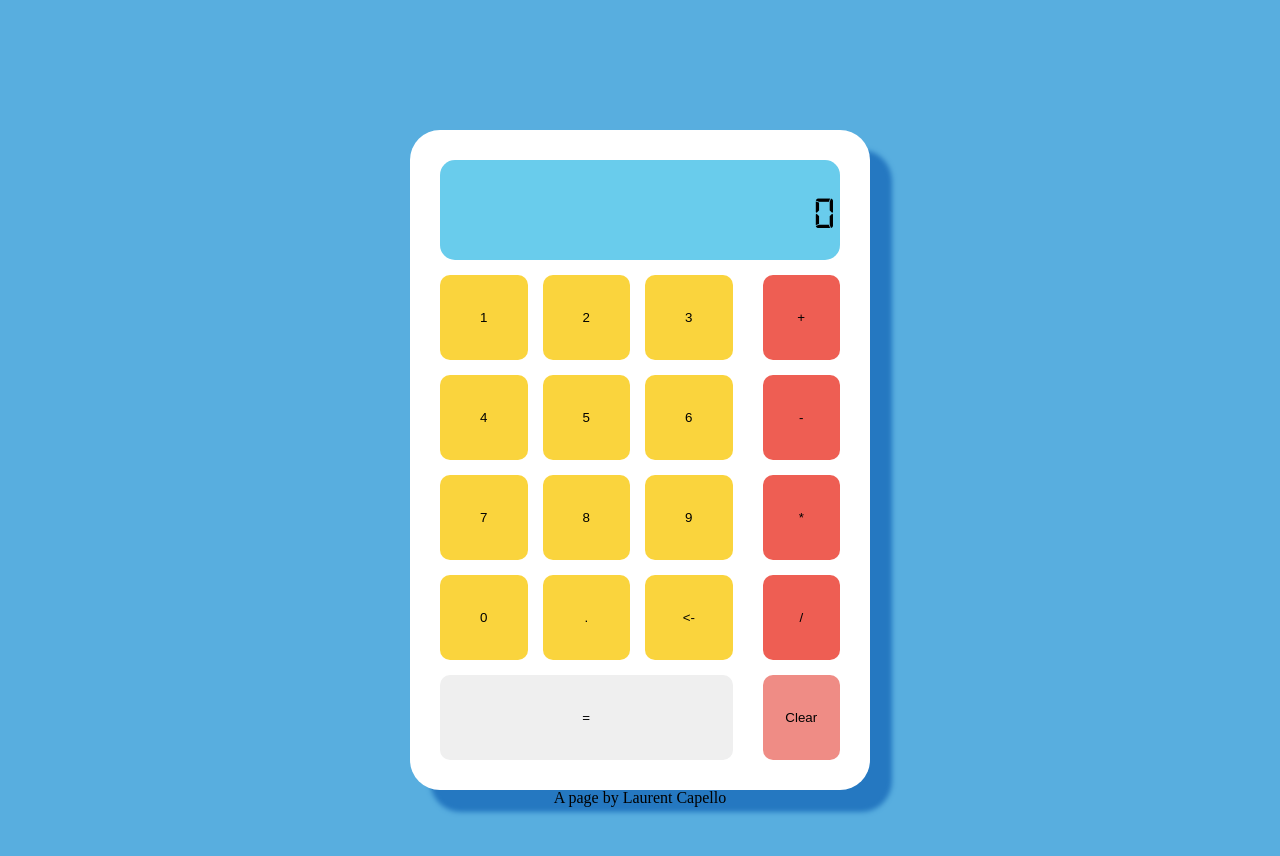
Repository: sokafootball/js-calculator
Page: index.html
An editor plug-in stored every save of this project. The page is shown before and after the next save, followed by the edit.
The browser window is 1280 px wide. The pictures show the whole page.

Above is the page before, as saved 2020-05-06 20:33:44.

After the next save:
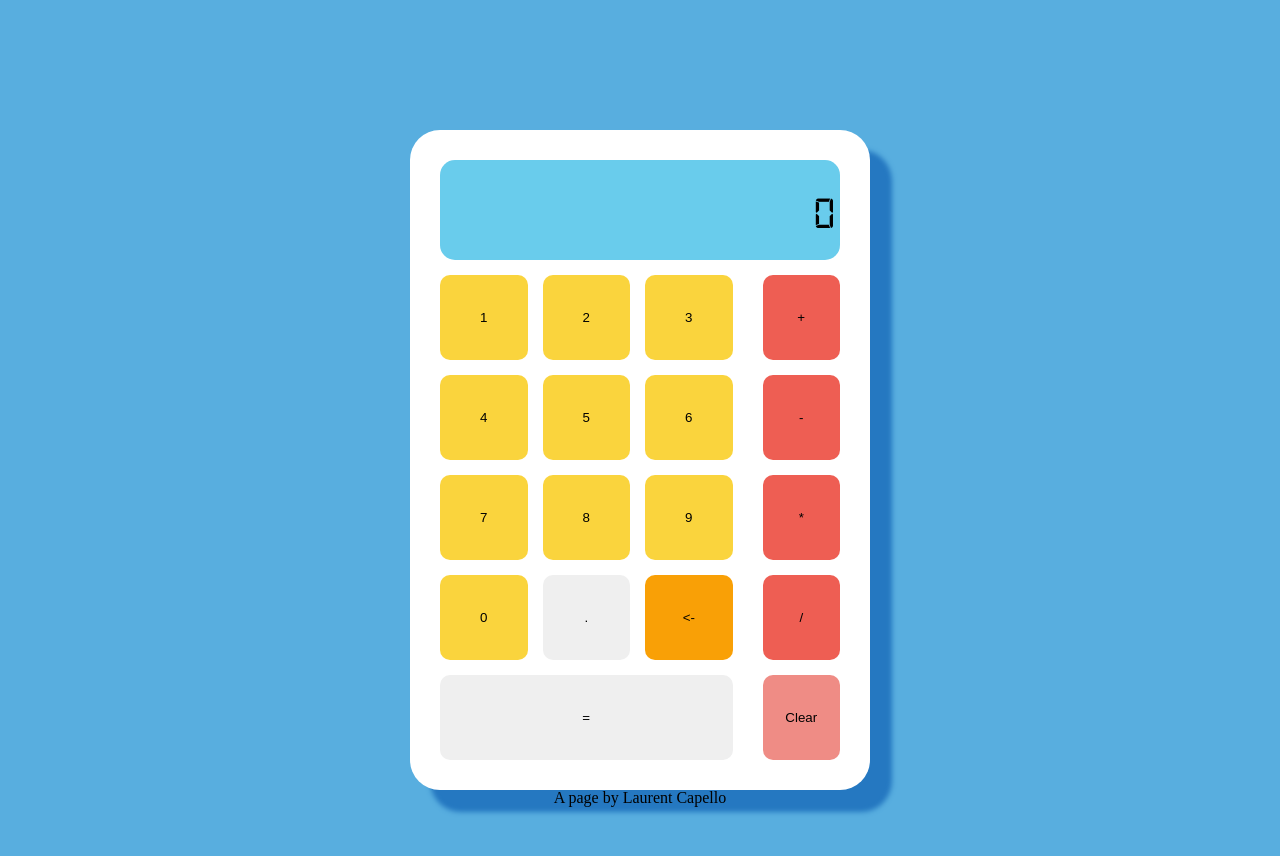
Saved 18 s later.
--- a/style.css
+++ b/style.css
@@ -89,7 +89,7 @@ body{
   grid-template-rows: repeat(4, 1fr);
 }
 
-#numpad button{
+.num-button{
   background-color: hsl(48, 95%, 61%);
 }
 /*
